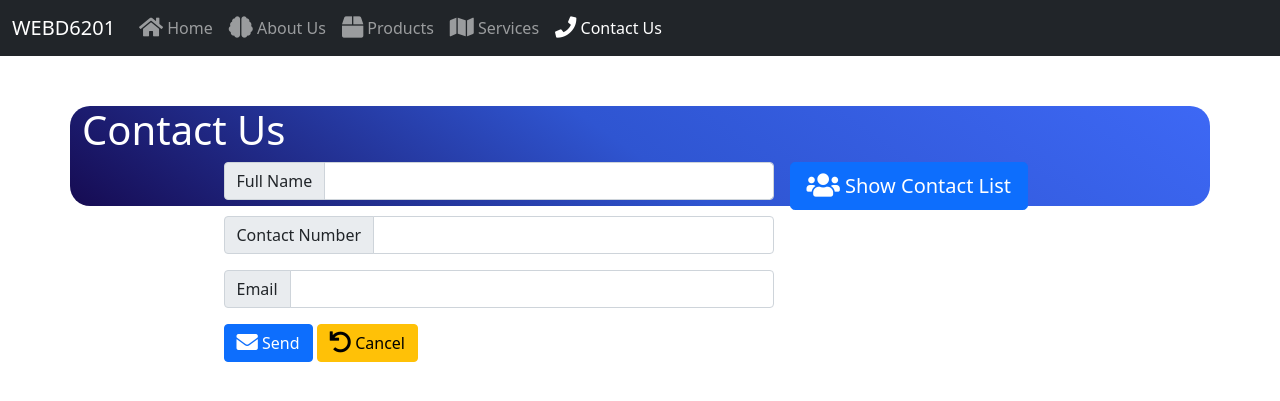
Repository: AshokSasi/WEBD6201-ASasi-JYuan-Lab2
Page: contact.html
An editor plug-in stored every save of this project. The page is shown before and after the next save, followed by the edit.
The browser window is 1280 px wide. The pictures show the whole page.

Above is the page before, as saved 2021-01-28 20:32:00.
Not found: Scripts/contact.js

After the next save:
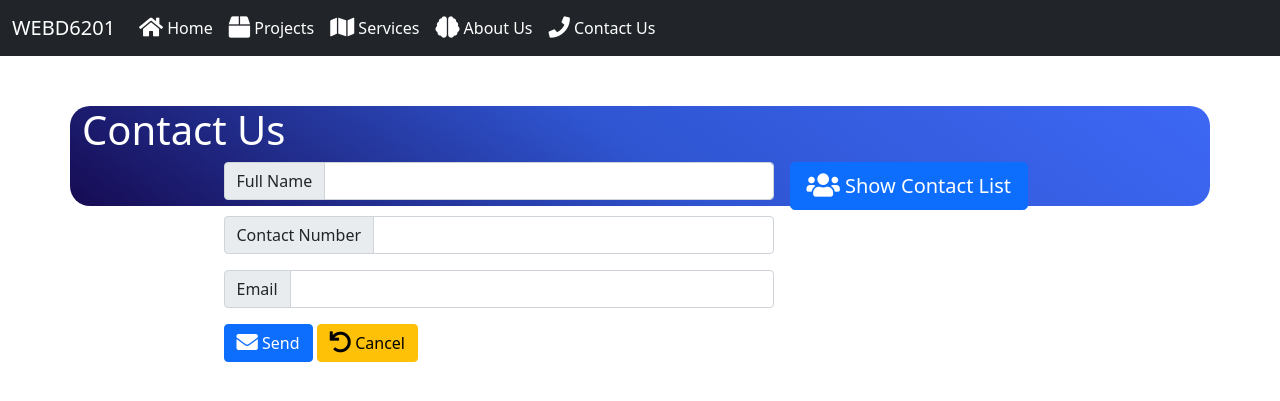
Saved 15 s later.
--- a/contact.html
+++ b/contact.html
@@ -11,37 +11,37 @@
 </head>
 <body>
   <!-- Main Header -->
-    <header>
-      <!--main navbar-->
-        <nav class="navbar navbar-expand-lg navbar-dark bg-dark">
-            <div class="container-fluid">
-              <a class="navbar-brand" href="index.html">WEBD6201</a>
-              <button class="navbar-toggler" type="button" data-bs-toggle="collapse" data-bs-target="#navbarSupportedContent" aria-controls="navbarSupportedContent" aria-expanded="false" aria-label="Toggle navigation">
-                <span class="navbar-toggler-icon"></span>
-              </button>
-              <div class="collapse navbar-collapse" id="navbarSupportedContent">
-                <ul class="navbar-nav me-auto mb-2 mb-lg-0">
-                  <li class="nav-item">
-                    <a class="nav-link" aria-current="page" href="index.html"><i class="fas fa-home fa-lg"></i> Home</a>
-                  </li>
-                  <li class="nav-item">
-                    <a class="nav-link" aria-current="page" href="about.html"><i class="fas fa-brain fa-lg"></i> About Us</a>
-                  </li>
-                  <li class="nav-item">
-                    <a class="nav-link" aria-current="page" href="products.html"><i class="fas fa-box fa-lg"></i> Products</a>
-                  </li>
-                  <li class="nav-item">
-                    <a class="nav-link" aria-current="page" href="services.html"><i class="fas fa-map fa-lg"></i> Services</a>
-                  </li>
-                  <li class="nav-item">
-                    <a class="nav-link active" aria-current="page" href="contact.html"><i class="fas fa-phone fa-lg"></i> Contact Us</a>
-                  </li>
-                </ul>
+  <header>
+    <!--main navbar-->
+      <nav class="navbar navbar-expand-lg navbar-dark bg-dark">
+          <div class="container-fluid">
+            <a class="navbar-brand" href="index.html">WEBD6201</a>
+            <button class="navbar-toggler" type="button" data-bs-toggle="collapse" data-bs-target="#navbarSupportedContent" aria-controls="navbarSupportedContent" aria-expanded="false" aria-label="Toggle navigation">
+              <span class="navbar-toggler-icon"></span>
+            </button>
+            <div class="collapse navbar-collapse" id="navbarSupportedContent">
+              <ul class="navbar-nav me-auto mb-2 mb-lg-0">
+                <li class="nav-item">
+                  <a class="nav-link active" aria-current="page" href="index.html"><i class="fas fa-home fa-lg"></i> Home</a>
+                </li>
+                <li class="nav-item">
+                  <a class="nav-link active" aria-current="page" href="projects.html"><i class="fas fa-box fa-lg"></i> Projects</a>
+                </li>
+                <li class="nav-item">
+                  <a class="nav-link active" aria-current="page" href="services.html"><i class="fas fa-map fa-lg"></i> Services</a>
+                </li>
+                <li class="nav-item">
+                  <a class="nav-link active" aria-current="page" href="about.html"><i class="fas fa-brain fa-lg"></i> About Us</a>
+                </li>
+                <li class="nav-item">
+                  <a class="nav-link active" aria-current="page" href="contact.html"><i class="fas fa-phone fa-lg"></i> Contact Us</a>
+                </li>
+              </ul>
 
-              </div>
             </div>
-          </nav>
-    </header>
+          </div>
+        </nav>
+  </header>
 
     <!-- Main Content-->
     <main class="container">
